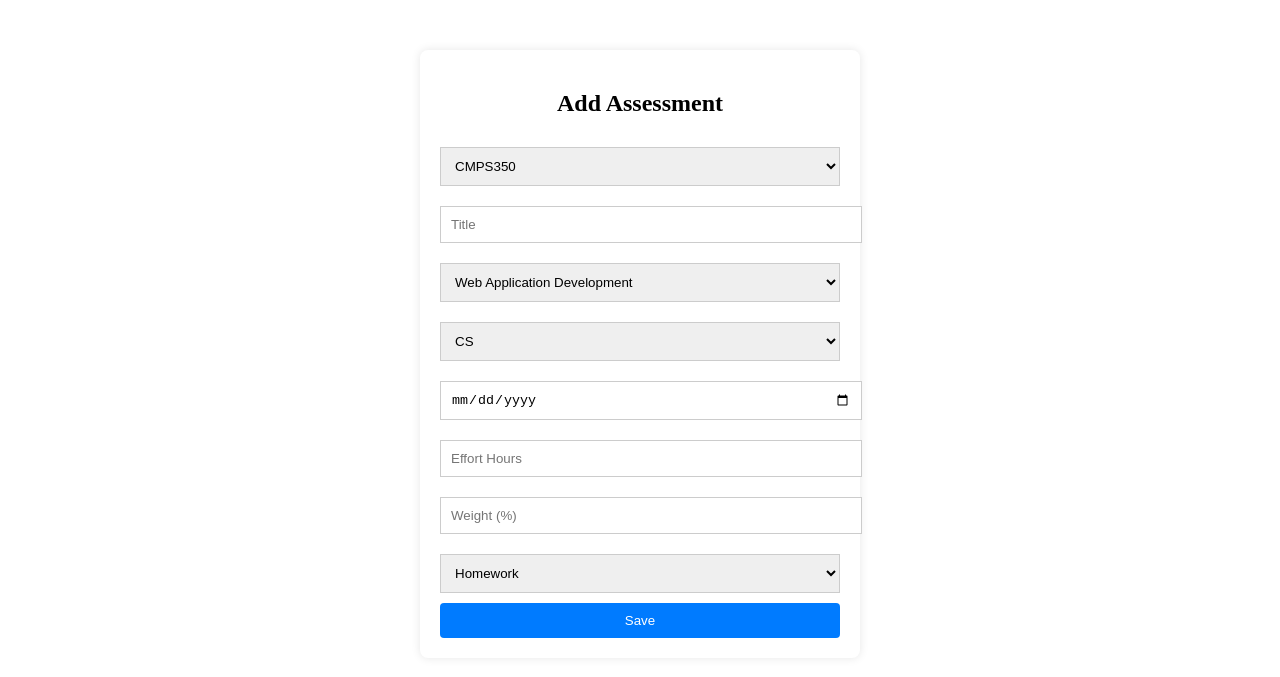
Repository: zunairahamid/Mizan-App
Page: cmps350group7-main/mizan_app/add_assessments/index.html
An editor plug-in stored every save of this project. The page is shown before and after the next save, followed by the edit.
The browser window is 1280 px wide. The pictures show the whole page.

Above is the page before, as saved 2025-03-28 02:39:00.
Console error: ReferenceError: displayErrorMessage is not defined

After the next save:
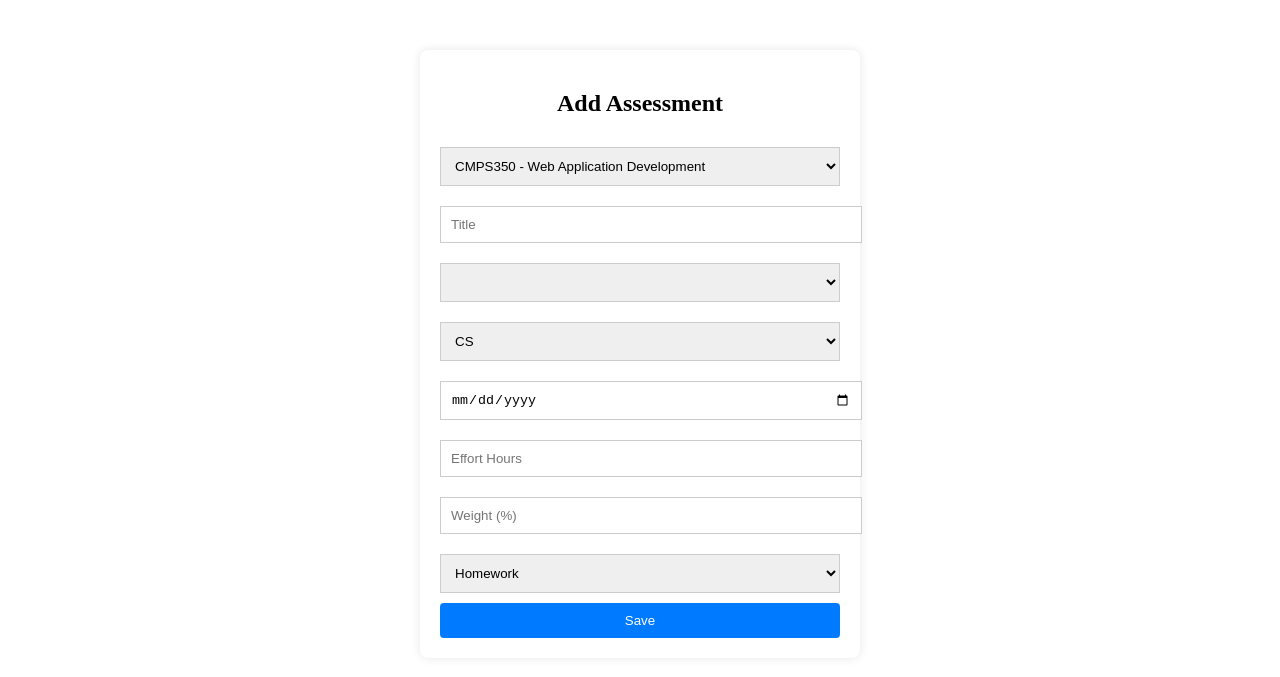
The error is gone.
Saved 97 s later.
--- a/cmps350group7-main/mizan_app/add_assessments/script.js
+++ b/cmps350group7-main/mizan_app/add_assessments/script.js
@@ -1,92 +1,79 @@
 document.addEventListener("DOMContentLoaded", async function() {
     try {
-        const response = await fetch("../../mizan-data/courses.json" )
-        const newresponse=await fetch("../../mizan-data/assessments.json")
-        const typeresponse=await fetch("../../mizan-data/assessment_type.json")
-        const deptresponse=await fetch("../../mizan-data/departments.json")
+        // Fetch all required data
+        const response = await fetch("../../mizan-data/courses.json");
+        const assessmentsResponse = await fetch("../../mizan-data/assessments.json");
+        const typeResponse = await fetch("../../mizan-data/assessment_type.json");
+        const deptResponse = await fetch("../../mizan-data/departments.json");
 
-        if (!response.ok) {
-            throw new Error(`Failed to fetch data: ${response.status}`);
-        }
-        if (!newresponse.ok) {
-            throw new Error(`Failed to fetch data: ${response.status}`);
-        }
-        if (!typeresponse.ok) {
-            throw new Error(`Failed to fetch data: ${response.status}`);
-        }
-        if (!deptresponse.ok) {
-            throw new Error(`Failed to fetch data: ${response.status}`);
+        if (!response.ok || !assessmentsResponse.ok || !typeResponse.ok || !deptResponse.ok) {
+            throw new Error("Failed to fetch data");
         }
 
         const courses = await response.json();
-        const assessments=await newresponse.json();
-        const types=await typeresponse.json()
-        const depts=await deptresponse.json()
+        const assessments = await assessmentsResponse.json();
+        const types = await typeResponse.json();
+        const departments = await deptResponse.json();
+
         if (!Array.isArray(courses)) {
             throw new Error("Invalid data format: expected array");
         }
-        displayCourseIDOption(courses);
-        function displayCourseIDOption(courses){
-            const courseSelect = document.getElementById("course")
-            courses.forEach(course => {
-                const option = document.createElement("option");
-                option.value = course;
-                option.textContent = course.coursecode;
-                courseSelect.appendChild(option);
-            });
-        }
-        displayCourseNameOption(courses);
-        function displayCourseNameOption(courses){
-            const courseSelect = document.getElementById("coursename")
-            courses.forEach(course => {
-                const option = document.createElement("option");
-                option.value = course;
-                option.textContent = course.coursename;
-                courseSelect.appendChild(option);
-            });
-        }
-        buttonSave=document.getElementById("button")
-        buttonSave.addEventListener(submit())
-        function submit(){
-            const courseSelect=document.getElementById("course")
-            const selectedCourse=courses.find(c=>c.coursecode===courseSelect.value)
-            const title=document.getElementById("title").value
-            const dueDate=document.getElementById("due-date").value
-            const [year,month,day]=dueDate.split('-')
-            const date=`${day}-${month}-${year}`
-            const effortHours=document.getElementById("effort-hours").value
-            const weightage=document.getElementById("weight").value
-            const typeSelect=document.getElementById("type")
-            const selectedType=types.find(t=>t===selectedType.value)
-            const courseName=document.getElementById("coursename")
-            const selectedName=courses.find(c=>c.coursename===courseName.value)
-            const courseProgram=document.getElementById("program")
-            const selectedProgram=depts.find(d=>d===courseProgram.value)
-            const newAssessment={
-                title:title,
-                coursecode:selectedCourse,
-                coursename:selectedName,
-                program:selectedProgram,
-                duedate:date,
-                efforthours:effortHours,
-                weight:weightage,
-                assessmenttype:selectedType
+
+        // Populate course dropdown (combine code and name for better UX)
+        const courseSelect = document.getElementById("course");
+        courses.forEach(course => {
+            const option = document.createElement("option");
+            option.value = course.coursecode;
+            option.textContent = `${course.coursecode} - ${course.coursename}`;
+            courseSelect.appendChild(option);
+        });
+
+        // Handle form submission
+        const form = document.getElementById("assessment-form");
+        form.addEventListener("submit", async function(e) {
+            e.preventDefault();
+
+            // Get form values
+            const courseCode = document.getElementById("course").value;
+            const selectedCourse = courses.find(c => c.coursecode === courseCode);
+
+            const newAssessment = {
+                title: document.getElementById("title").value,
+                coursecode: courseCode,
+                coursename: selectedCourse.coursename,
+                program: selectedCourse.program,
+                duedate: document.getElementById("due-date").value, // Keep ISO format
+                efforthours: document.getElementById("effort-hours").value,
+                weight: document.getElementById("weight").value + "%",
+                assessmenttype: document.getElementById("type").value
+            };
+
+            // Add to local array
+            assessments.push(newAssessment);
+
+            // Save to server (requires backend endpoint)
+            try {
+                const saveResponse = await fetch("../../mizan-data/assessments.json", {
+                    method: "POST", // or "PUT" depending on your backend
+                    headers: {
+                        "Content-Type": "application/json",
+                    },
+                    body: JSON.stringify(assessments)
+                });
+
+                if (!saveResponse.ok) {
+                    throw new Error("Failed to save assessment");
+                }
+
+                alert("Assessment saved successfully!");
+                form.reset();
+            } catch (error) {
+                console.error("Save error:", error);
+                alert("Failed to save assessment. Please try again.");
             }
-            assessments.push(newAssessment)
-            try{
-            const savedResponse=fetch("../../mizan-data/assessments.json",{
-                method:"POST",
-                headers:{
-                    "Content-Type":"application/json",
-                },
-                body:JSON.stringify(assessments)
-            })
-        }catch(error){
-console.error
-        }
-        }
+        });
     } catch (error) {
         console.error("Error:", error);
-        displayErrorMessage("Failed to load assessments. Please try again later.");
+        alert("Failed to load data. Please try again later.");
     }
 });
